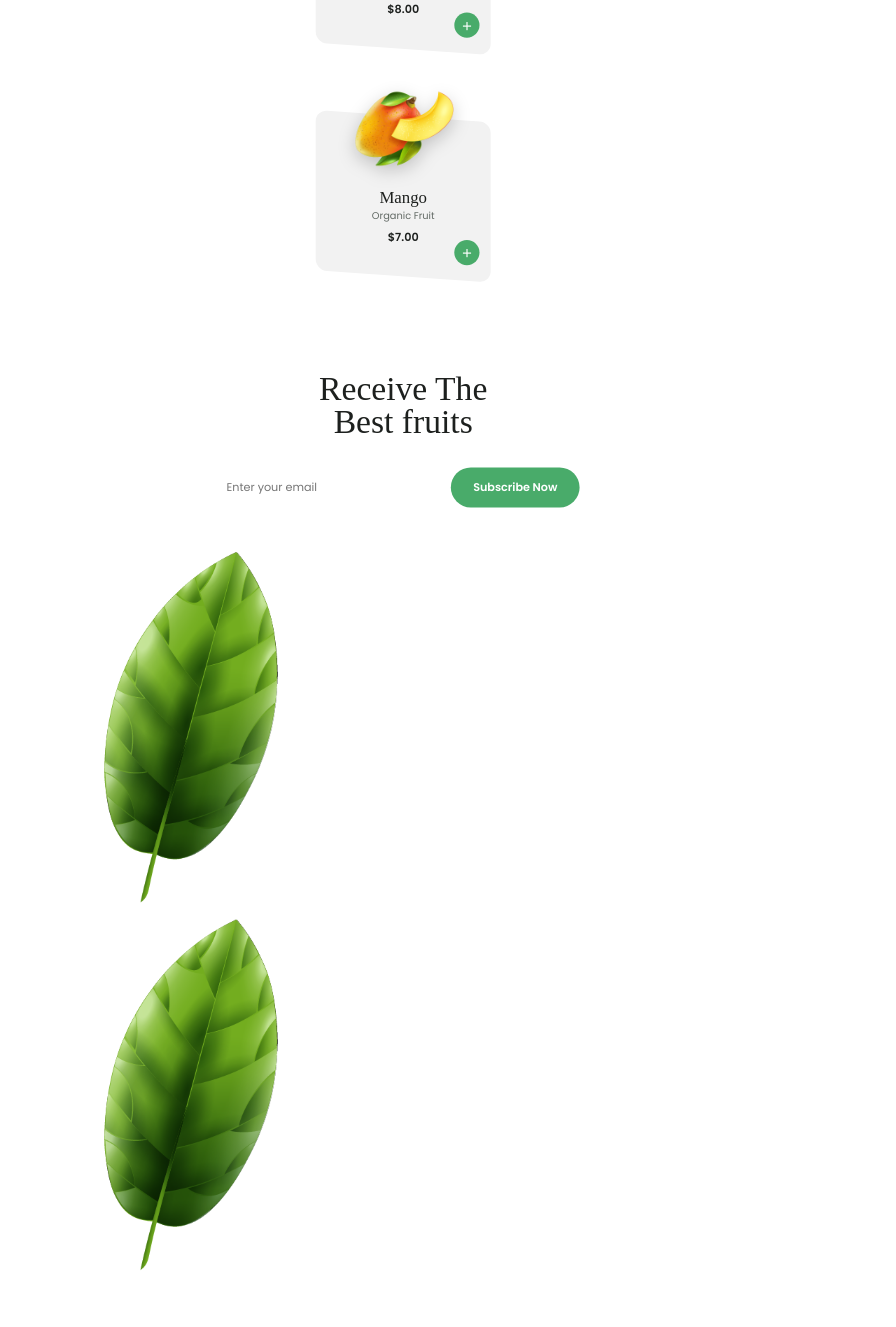
Repository: dinhhaidh/fruit
Page: index.html
An editor plug-in stored every save of this project. The page is shown before and after a run of saves, followed by the edit.
The browser window is 1280 px wide. The pictures show the part of the page from y = 4097 to 6017 px (the page is 5992 px tall before and 6017 px after), at 70% of full size.
Some web fonts or font styles are not loaded; a fallback is used.

Above is the page before, as saved 2024-02-19 09:52:51.
Console error: ReferenceError: ScrollReveal is not defined

### index.html
<!DOCTYPE html>
<html lang="en">
<head>
    <meta charset="UTF-8">
    <meta name="viewport" content="width=device-width, initial-scale=1.0">

    <!--=============== FAVICON ===============-->
    <link rel="shortcut icon" href="assets/img/favicon.png" type="image/x-icon">

    <!--=============== REMIXICONS ===============-->
    <link rel="stylesheet" href="https://cdnjs.cloudflare.com/ajax/libs/remixicon/3.5.0/remixicon.css" crossorigin="">

    <!--=============== CSS ===============-->
    <link rel="stylesheet" href="./css/style.css">

    <title>Responsive fruit website - Bedimcode</title>
</head>
<body>
    <!--==================== HEADER ====================-->
    <header class="header" id="header">
        <nav class="nav container">
            <a href="#" class="nav__logo">
                <img src="./img/logo.png" alt=""> Fruit
            </a>
            <div class="nav__menu" id="nav-menu">
                <ul class="nav__list">
                    <li class="nav__item">
                        <a href="#Home" class="nav__link">Home</a>
                    </li>
                    <li class="nav__item">
                        <a href="#enjoy" class="nav__link">About Us</a>
                    </li>
                    <li class="nav__item">
                        <a href="#popular" class="nav__link">Popular</a>
                    </li>
                    <li class="nav__item">
                        <a href="#join" class="nav__link">Join Us</a>
                    </li>
                </ul>

                <a href="#" class="nav__close" id="nav-close">
                    <i class="ri-close-line"></i>
                </a>

                <img src="./img/branch-2.png" alt="" class="nav__img-1">
                <img src="./img/fruit-line-1.png" alt="" class="nav__img-2">
            </div>

            <div class="nav__buttons">

                <i class="ri-moon-line theme__button" id="theme-button"></i>

                <div class="nav__toggle" id="nav-toggle">
                    <i class="ri-apps-2-line"></i>
                </div>
            </div>
        </nav>
    </header>

    <!--==================== MAIN ====================-->
    <main class="main">
        <!--==================== HOME ====================-->
        <section class="home section" id="home">
            <div class="home__container container grid">
                <div class="home__data">
                    <h1 class="home__title">Enjoy The <br>
                        Best Fresh <br>
                        Fruits
                    </h1>
                    <p class="home__desc">Enjoy the best organic fruits harvested with the best possible quality, obtaining unique and delicious favours</p>
                    <img src="./img/fruit-line-2.png" alt="image" class="home__fruit">
                    <a href="#" class="button">
                        Order Fruit Now
                    </a>
                </div>
                <img src="./img/home-fruits.png" alt="image" class="home__img">
            </div>
            <img src="./img/branch-2.png" alt="image" class="home__branch">
        </section>

        <!--==================== ENJOY ====================-->
        <section class="enjoy section">
            <h2 class="section__title">Eat And Enjoy</h2>
            <div class="enjoy__container container grid">
                <article class="enjoy__card">
                    <div class="enjoy__bg"></div>

                    <img src="./img/enjoy-1.png" alt="" class="enjoy__img">
                    <h3 class="enjoy__title">Healthy</h3>
                    <span class="enjoy__subtitle">Tropical Fruit</span>
                </article>
                <article class="enjoy__card">
                    <div class="enjoy__bg"></div>

                    <img src="./img/enjoy-2.png" alt="" class="enjoy__img">
                    <h3 class="enjoy__title">Healthy</h3>
                    <span class="enjoy__subtitle">Tropical Fruit</span>
                </article>
                <article class="enjoy__card">
                    <div class="enjoy__bg"></div>

                    <img src="./img/enjoy-3.png" alt="" class="enjoy__img">
                    <h3 class="enjoy__title">Healthy</h3>
                    <span class="enjoy__subtitle">Tropical Fruit</span>
                </article>
            </div>
        </section>

        <!--==================== ABOUT US ====================-->
        <section class="about section" id="about">
            <div class="about__container container grid">
                <div class="about__data">
                    <h2 class="section__title">
                        We Provide <br>
                        Healthy Fruits
                    </h2>
                    <p class="about__desc">Lorem ipsum dolor sit amet, consectetur adipisicing elit. Iusto voluptatum officia non dolores illum, hic necessitatibus sit? Sapiente, voluptatem nisi!</p>
                    <a href="#" class="button">Know More</a>
                    <img src="./img/fruit-line-1.png" alt="image" class="about__fruit">
                </div>
                <img src="./img/about-fruits.png" alt="image" class="about__img">
            </div>
            <img src="./img/branch-1.png" alt="image" class="about__branch">

        </section>

        <!--==================== POPULAR ====================-->
        <section class="popular section" id="popular">
            <h2 class="section__title">Popular Fruits</h2>
            <div class="popular__container container grid">
                <article class="popular__card">
                    <div class="popular__bg"></div>

                    <img src="./img/popular-1.png" alt="" class="popular__img">
                    <h2 class="popular__title">Apple</h2>
                    <span class="popular__subtitle">Organic Fruit</span>
                    <h3 class="popular__price">$4.00</h3>
                    <a href="#" class="popular__button button">
                        <i class="ri-add-line"></i>
                    </a>
                </article>
                <article class="popular__card">
                    <div class="popular__bg"></div>

                    <img src="./img/popular-2.png" alt="" class="popular__img">
                    <h2 class="popular__title">Watermelon</h2>
                    <span class="popular__subtitle">Organic Fruit</span>
                    <h3 class="popular__price">$7.00</h3>
                    <a href="#" class="popular__button button">
                        <i class="ri-add-line"></i>
                    </a>
                </article>

                <article class="popular__card">
                    <div class="popular__bg"></div>

                    <img src="./img/popular-3.png" alt="" class="popular__img">
                    <h2 class="popular__title">Pineapple</h2>
                    <span class="popular__subtitle">Organic Fruit</span>
                    <h3 class="popular__price">$5.00</h3>
                    <a href="#" class="popular__button button">
                        <i class="ri-add-line"></i>
                    </a>
                </article>

                <article class="popular__card">
                    <div class="popular__bg"></div>

                    <img src="./img/popular-4.png" alt="" class="popular__img">
                    <h2 class="popular__title">Banana</h2>
                    <span class="popular__subtitle">Organic Fruit</span>
                    <h3 class="popular__price">$3.00</h3>
                    <a href="#" class="popular__button button">
                        <i class="ri-add-line"></i>
                    </a>
                </article>

                <article class="popular__card">
                    <div class="popular__bg"></div>

                    <img src="./img/popular-5.png" alt="" class="popular__img">
                    <h2 class="popular__title">Strawberry</h2>
                    <span class="popular__subtitle">Organic Fruit</span>
                    <h3 class="popular__price">$8.00</h3>
                    <a href="#" class="popular__button button">
                        <i class="ri-add-line"></i>
                    </a>
                </article>

                <article class="popular__card">
                    <div class="popular__bg"></div>

                    <img src="./img/popular-6.png" alt="" class="popular__img">
                    <h2 class="popular__title">Mango</h2>
                    <span class="popular__subtitle">Organic Fruit</span>
                    <h3 class="popular__price">$7.00</h3>
                    <a href="#" class="popular__button button">
                        <i class="ri-add-line"></i>
                    </a>
                </article>

            </div>
        </section>

        <!--==================== JOIN US ====================-->
        <section class="join section" id="join">
            <div class="join__container container grid">
                <div class="join__content grid">
                    <div class="join__data">
                        <h2 class="section__title">Receive The <br>
                            Best fruits</h2>
                            <p class="join__desc">
                                Get up to date with the latest fruit harvests and information form us.
                            </p>
                            <form action="">
                                <input type="email" placeholder="Enter your email" class="join__input">
                                <a href="#" class="join__button button">Subscribe Now</a>
                            </form>
                    </div>
                </div>
                <img src="./img/leaf.png" alt="" class="join__img-1">
                <img src="./img/leaf.png" alt="" class="join__img-2">
            </div>

        </section>
    </main>

    <!--==================== FOOTER ====================-->
    <footer class="footer">

    </footer>

    <!--========== SCROLL UP ==========-->


    <!--=============== SCROLLREVEAL ===============-->
    <script src=""></script>

    <script src="https://code.jquery.com/jquery-3.7.1.slim.min.js"></script>

    <!--=============== MAIN JS ===============-->
    <script src="./js/main.js"></script>
</body>
</html>

Loaded but not shown: js/main.js (69 lines, source omitted); css/style.css (524 lines, source omitted)

After the next 2 saves:
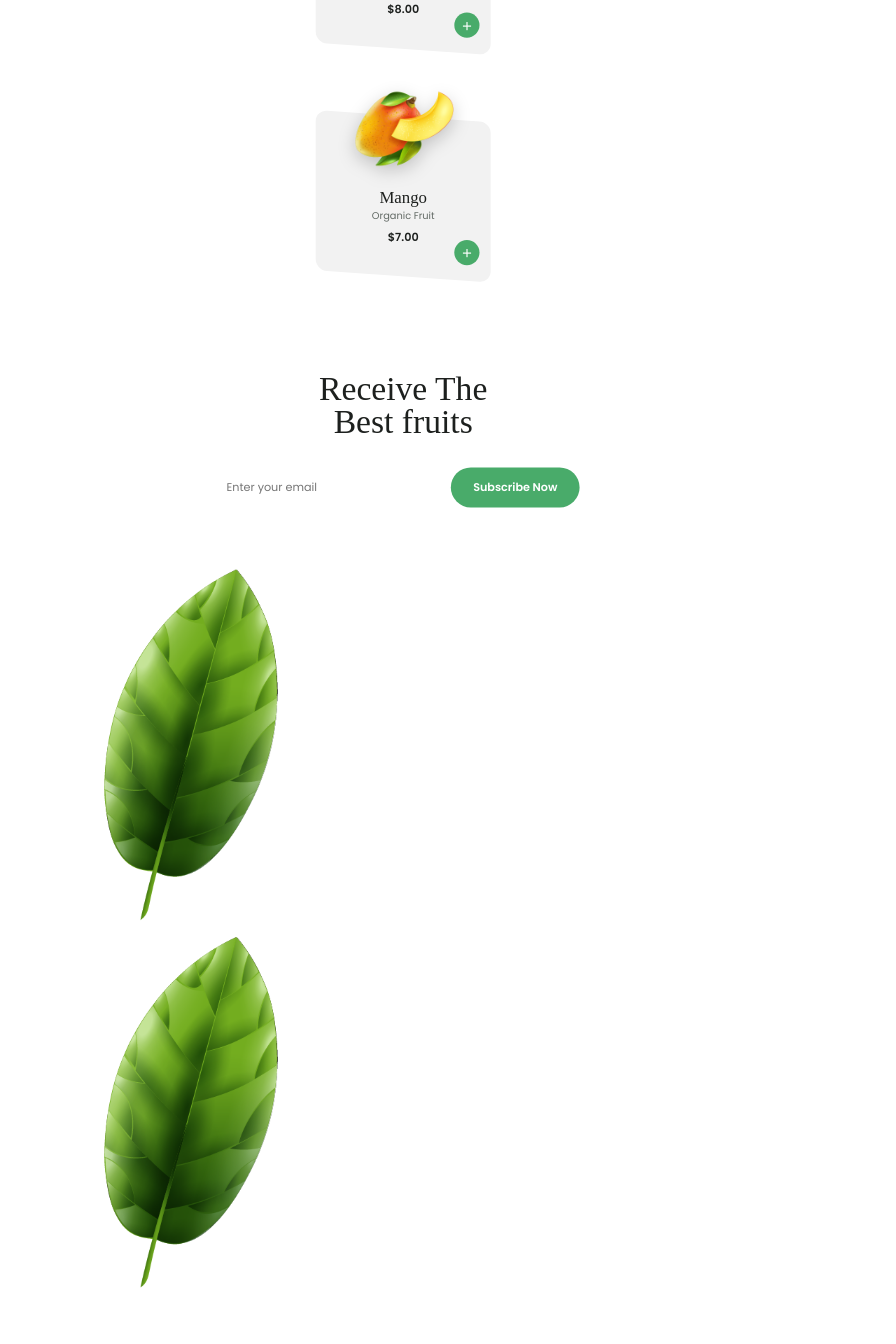
The 2 saves are shown as one change because they came seconds apart.
The last was saved 87 s later.
--- a/index.html
+++ b/index.html
@@ -216,6 +216,7 @@
                                 <input type="email" placeholder="Enter your email" class="join__input">
                                 <a href="#" class="join__button button">Subscribe Now</a>
                             </form>
+                            img.
                     </div>
                 </div>
                 <img src="./img/leaf.png" alt="" class="join__img-1">

After the 2 saves that followed:
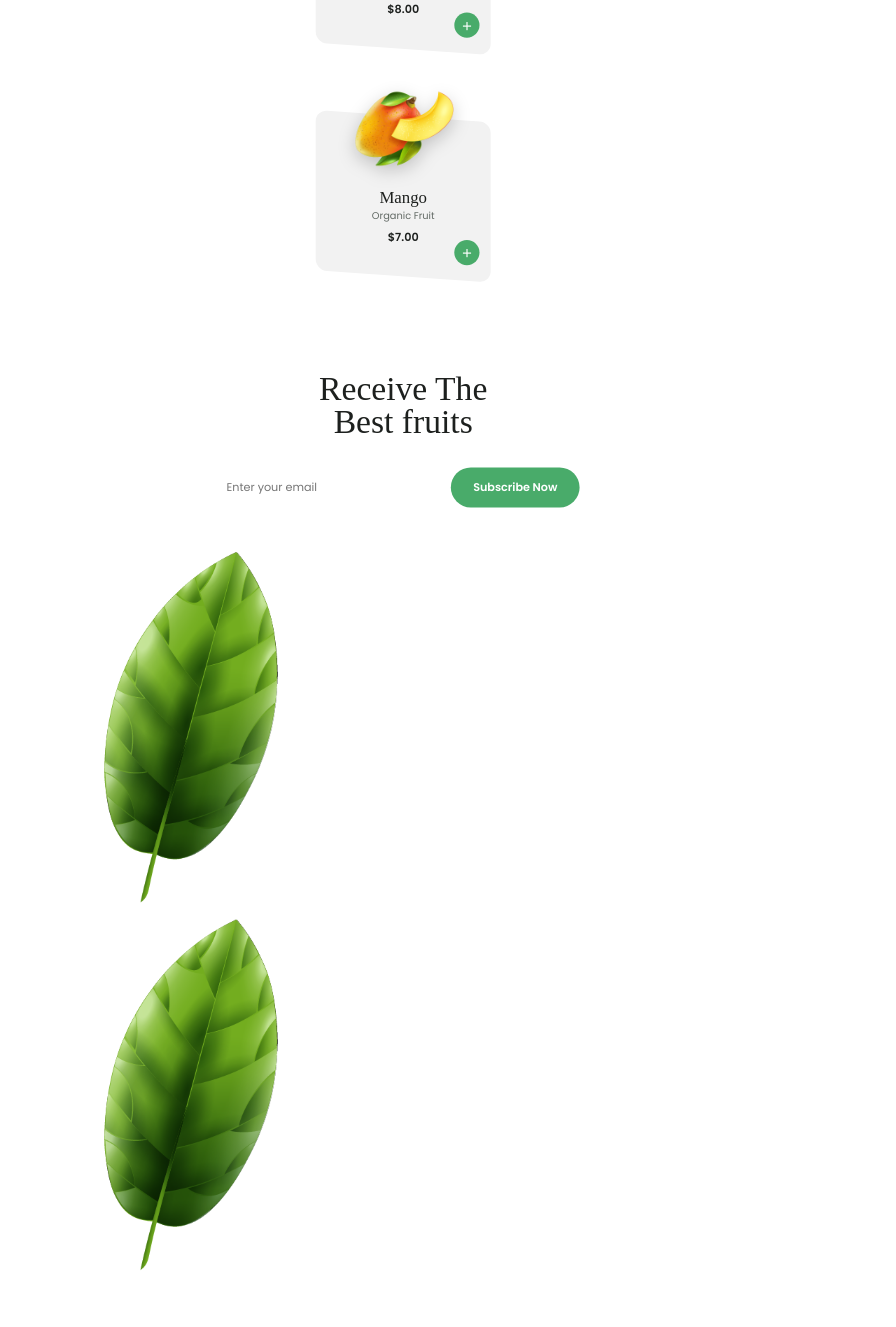
The 2 saves are shown as one change because they came seconds apart.
The last was saved 7 s later.
--- a/index.html
+++ b/index.html
@@ -216,7 +216,7 @@
                                 <input type="email" placeholder="Enter your email" class="join__input">
                                 <a href="#" class="join__button button">Subscribe Now</a>
                             </form>
-                            img.
+                            <img src="./" alt="" class="join__bg">
                     </div>
                 </div>
                 <img src="./img/leaf.png" alt="" class="join__img-1">
